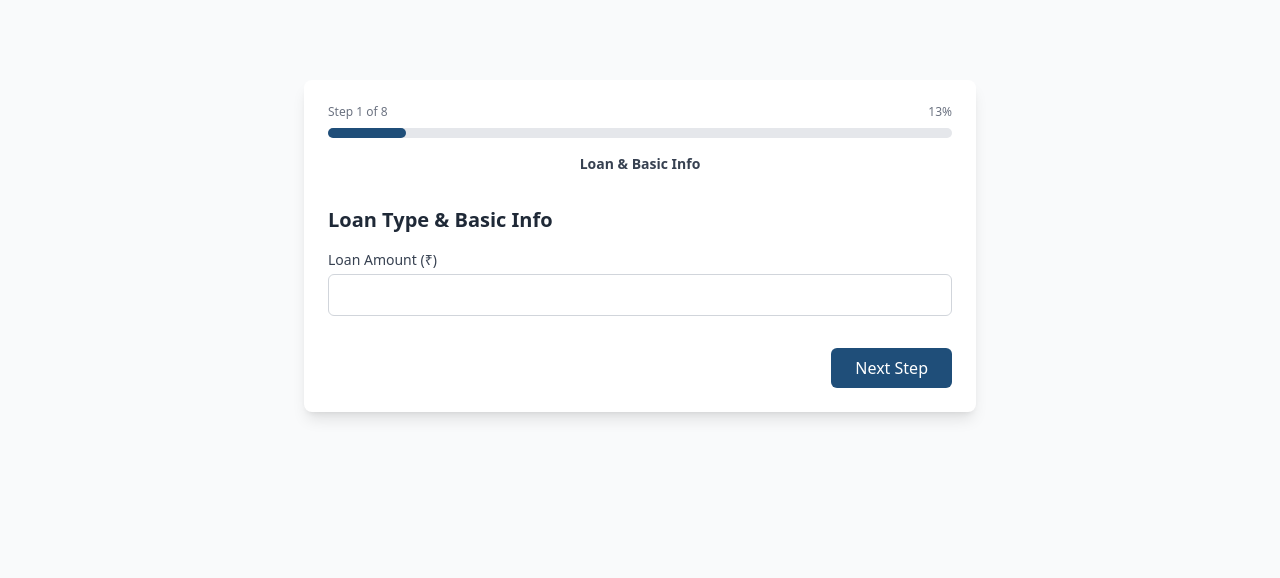
Repository: barakacodes/Front-End-Developer-Multi-Step-Loan-Application-Form
Page: /
These files come from the project's save history. The page is drawn as it stood at one moment and after the next save; the edit follows.
The browser window is 1280 px wide. The pictures show the whole page.
The project was rebuilt for these pictures with package versions that can differ from the ones it lists, and the page was loaded fresh each time. Also part of the build but not shown: vite.config.js, src/components/steps/Step2PersonalInfo.jsx, src/components/steps/Step3KYC.jsx, src/components/steps/Step4Address.jsx, src/components/steps/Step5Employment.jsx, src/components/steps/Step6CoApplicant.jsx, src/components/steps/Step7Documents.jsx, src/components/steps/Step8Review.jsx.

Above is the page before, as saved 2026-07-24 22:54:47.

After the next save:
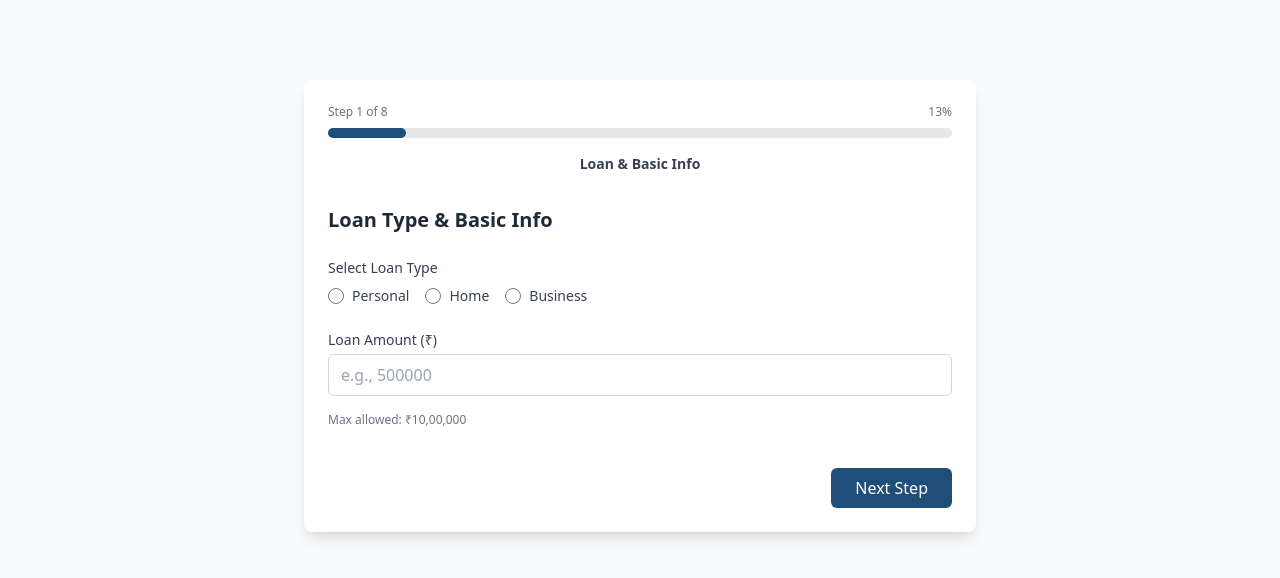
Saved 69 s later.
--- a/src/components/steps/Step1LoanType.jsx
+++ b/src/components/steps/Step1LoanType.jsx
@@ -1,26 +1,79 @@
 import React from 'react';
 import { useForm } from 'react-hook-form';
+import { zodResolver } from '@hookform/resolvers/zod';
 import { useFormStore } from '../../store/useFormStore';
+import { step1Schema } from '../../schemas/step1Schema';
 import Input from '../common/Input';
 
 const Step1LoanType = () => {
   const { formData, updateFormData, setStep } = useFormStore();
-  const { register, handleSubmit, formState: { errors } } = useForm({
+
+  const { register, handleSubmit, watch, formState: { errors } } = useForm({
+    resolver: zodResolver(step1Schema),
     defaultValues: formData,
   });
 
+  // Watch the loan type to dynamically update the max amount in the UI
+  const selectedLoanType = watch('loanType');
+  const getMaxAmount = (type) => {
+    if (type === 'Personal') return 1000000;
+    if (type === 'Home') return 10000000;
+    if (type === 'Business') return 5000000;
+    return 1000000;
+  };
+  const maxAmount = getMaxAmount(selectedLoanType);
+
   const onSubmit = (data) => {
     updateFormData(data);
-    setStep(2); // Go to next step
+    setStep(2); // Move to Step 2 if validation passes
   };
 
   return (
-    <form onSubmit={handleSubmit(onSubmit)} className="space-y-4">
+    <form onSubmit={handleSubmit(onSubmit)} className="space-y-6">
       <h2 className="text-xl font-bold text-gray-800">Loan Type & Basic Info</h2>
-      <Input label="Loan Amount (₹)" type="number" {...register('loanAmount')} error={errors.loanAmount} />
+
+      {/* Radio Group for Loan Type */}
+      <div className="space-y-2">
+        <label className="block text-sm font-medium text-gray-700">Select Loan Type</label>
+        <div className="flex gap-4 flex-wrap">
+          {['Personal', 'Home', 'Business'].map((type) => (
+            <label key={type} className="flex items-center gap-2">
+              <input
+                type="radio"
+                value={type}
+                {...register('loanType')}
+                className="w-4 h-4 text-brand-blue focus:ring-brand-blue"
+              />
+              <span className="text-sm text-gray-700">{type}</span>
+            </label>
+          ))}
+        </div>
+        {errors.loanType && (
+          <span role="alert" aria-live="polite" className="text-brand-red text-xs mt-1">
+            {errors.loanType.message}
+          </span>
+        )}
+      </div>
+
+      {/* Amount Input with Dynamic Max */}
+      <div className="relative">
+        <Input
+          label="Loan Amount (₹)"
+          type="number"
+          {...register('loanAmount', { valueAsNumber: true })}
+          error={errors.loanAmount}
+          placeholder="e.g., 500000"
+        />
+        <p className="text-xs text-gray-500 mt-1">
+          Max allowed: <span className="font-medium">₹{maxAmount.toLocaleString('en-IN')}</span>
+        </p>
+      </div>
 
       <div className="flex justify-end pt-4">
-        <button type="submit" className="px-6 py-2 bg-brand-blue text-white rounded-md hover:bg-blue-800 transition">
+        <button
+          type="submit"
+          className="px-6 py-2 bg-brand-blue text-white rounded-md hover:bg-blue-800 transition focus:outline-none focus:ring-2 focus:ring-brand-blue focus:ring-offset-2"
+        >
           Next Step
         </button>
       </div>
